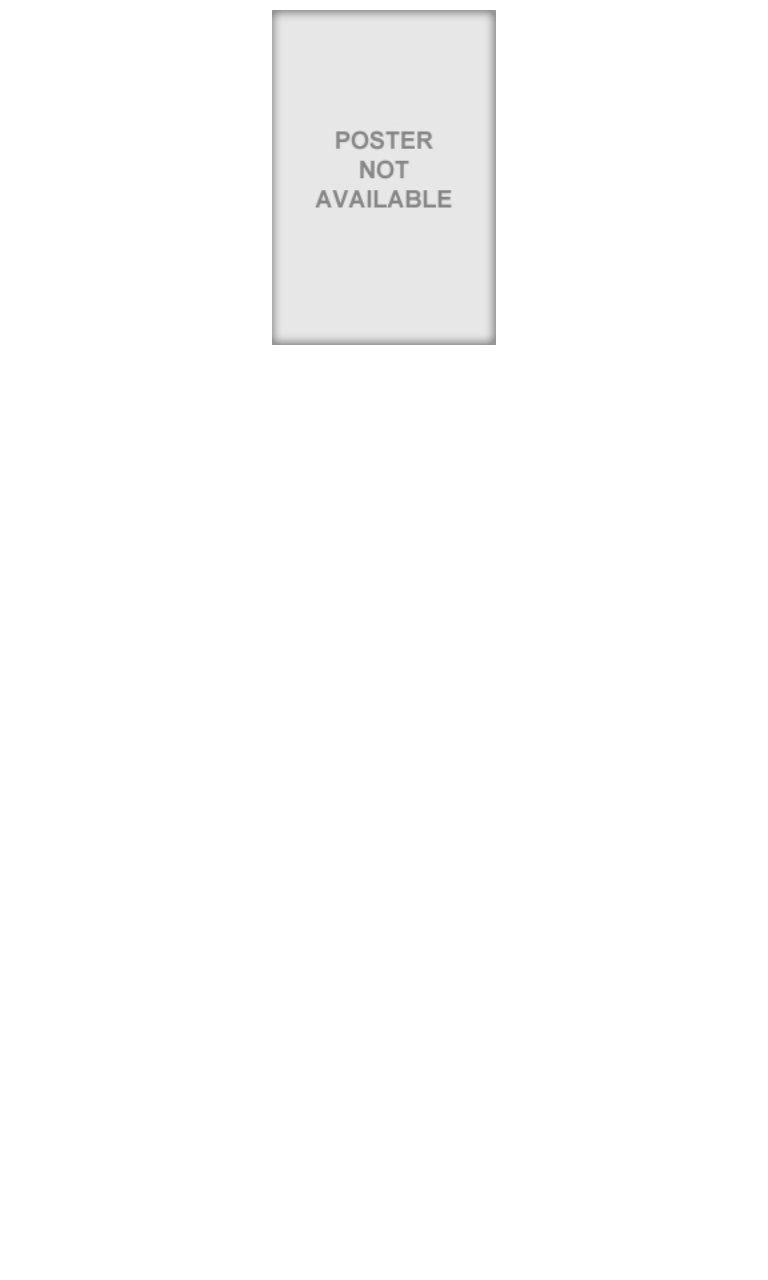
Repository: STracker/STrackerAndroid
Layout: STracker/res/layout/activity_tvshow.xml
These files come from the project's save history. The layout is drawn as it stood at one moment and after the next save; the edit follows.
It is drawn on a 768 x 1280 px phone screen (xhdpi) without system bars, with theme AppTheme; the app's code is not run.

Above is the layout before, as saved 2013-05-26 13:39:51.

### STracker/res/layout/activity_tvshow.xml
<?xml version="1.0" encoding="utf-8"?>
<LinearLayout xmlns:android="http://schemas.android.com/apk/res/android"
    android:layout_width="match_parent"
    android:layout_height="match_parent"
    android:orientation="vertical" >

    <ImageView
        android:id="@+id/imageView1"
        android:layout_width="wrap_content"
        android:layout_height="wrap_content"
        android:layout_gravity="center"
        android:layout_marginTop="10px"
        android:contentDescription="@string/poster_desc"
        android:src="@drawable/img_no_poster" />

</LinearLayout>

### STracker/res/values/strings.xml
<?xml version="1.0" encoding="utf-8"?>
<resources>
    <string name="app_name">STracker</string>
    <string name="search_hint">Search Series</string>
	<string name="next_episode">Next Episodes</string>
	<string name="start_btn">Serie Request!</string>
	<string name="async_task">Serie Information</string>

	<!-- Information about TvShow -->
	<string name="serie_name">Name: </string>
	<string name="serie_desc">Description: </string>
	<string name="serie_runtime">Runtime: </string>
	<string name="serie_airday">Airday: </string>
	<string name="serie_genres">Genres: </string>
	<string name="serie_rating">Rating: </string>
	<string name="poster_desc">Poster</string>

	<!-- Menu Items -->
	<string name="action_profile">Profile</string>
	<string name="action_friends">Friends</string>
	<string name="action_series">Following</string>
	<string name="action_settings">Settings</string>
	<string name="action_search">Search</string>
	<string name="action_messages">Messages</string>
	<string name="subitem_search_by_name">Search by Name</string>
	<string name="subitem_search_by_genre">Search by Genre</string>
	<string name="subitem_search_friend">Search Friend</string>
</resources>

Loaded but not shown: STracker/res/values/styles.xml (common file); STracker/res/values-v11/styles.xml (common file); STracker/res/values-v14/styles.xml (common file)

After the next save:
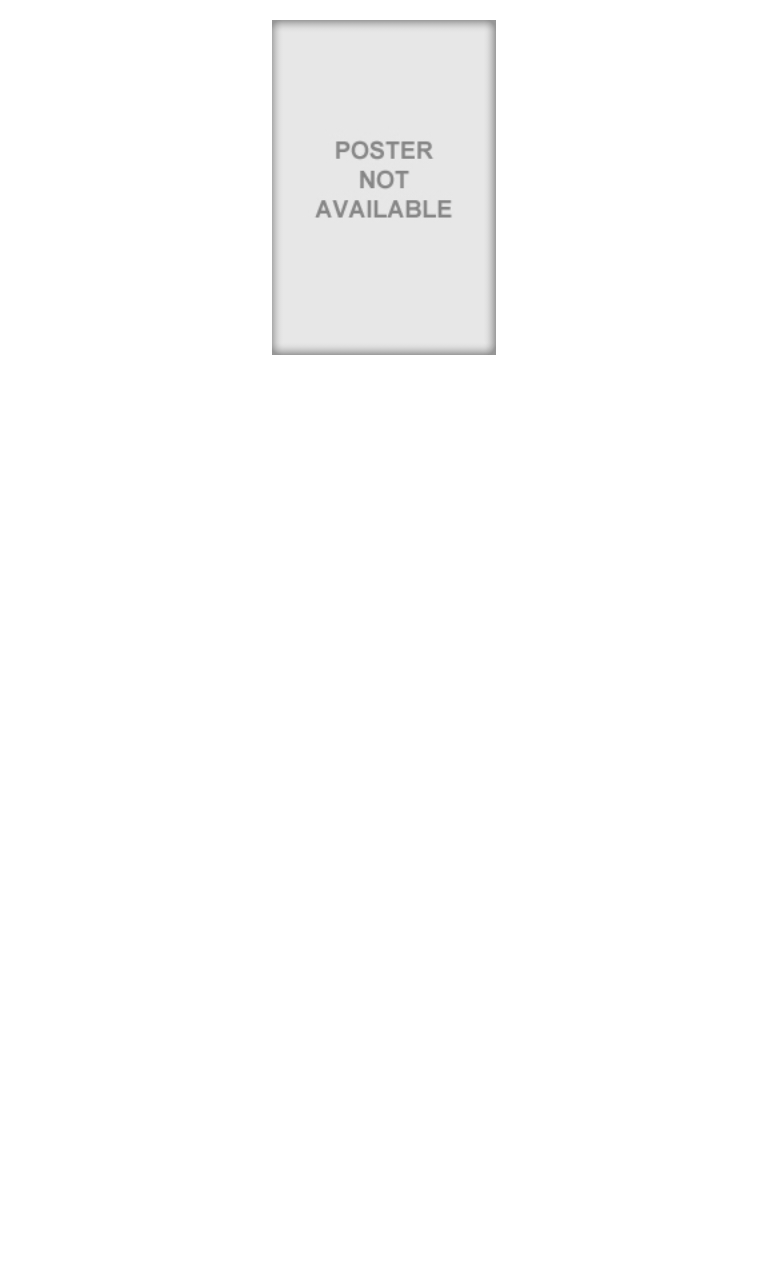
Saved 15 s later.
--- a/STracker/res/layout/activity_tvshow.xml
+++ b/STracker/res/layout/activity_tvshow.xml
@@ -9,7 +9,7 @@
         android:layout_width="wrap_content"
         android:layout_height="wrap_content"
         android:layout_gravity="center"
-        android:layout_marginTop="10px"
+        android:layout_marginTop="10dp"
         android:contentDescription="@string/poster_desc"
         android:src="@drawable/img_no_poster" />
 
